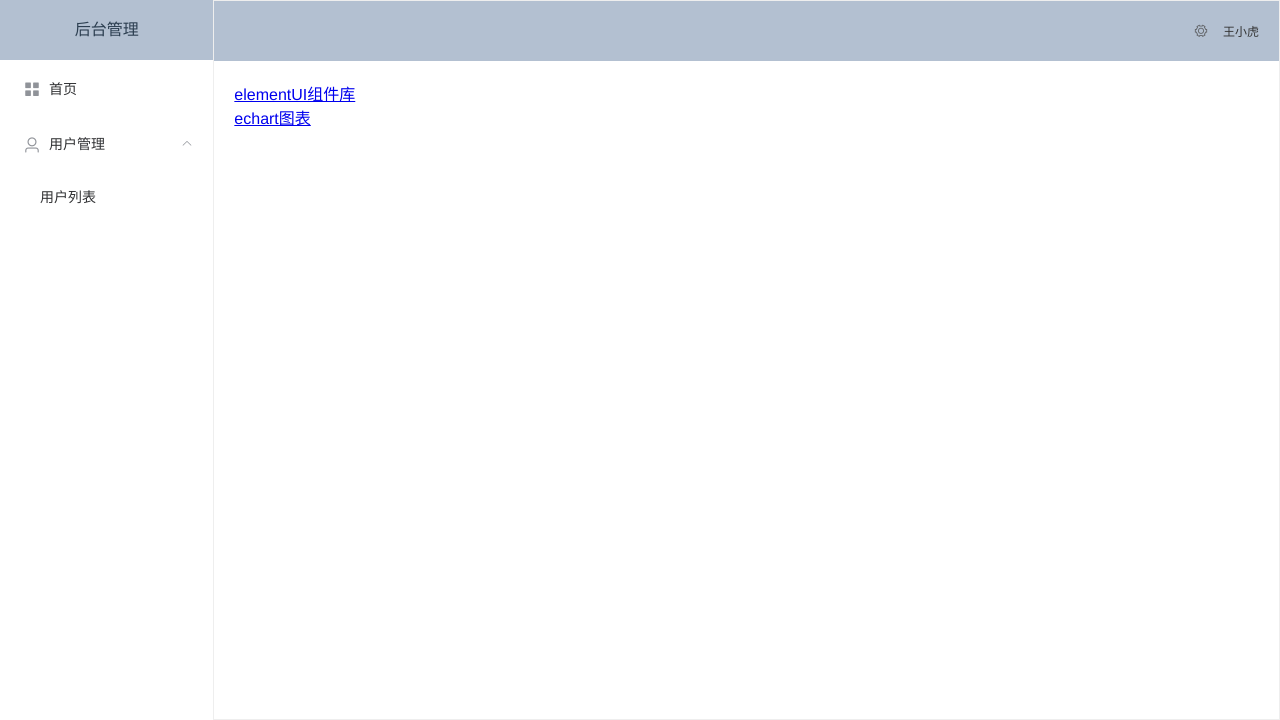
Repository: cmw520520/admin_vue
Page: /
An editor plug-in stored every save of this project. The page is shown before and after the next save, followed by the edit.
The browser window is 1280 px wide. The pictures show the whole page.
The project was rebuilt for these pictures with package versions that can differ from the ones it lists, and the page was loaded fresh each time. Also part of the build but not shown: src/page/user/UserList.vue, example/Echart.vue.

Above is the page before, as saved 2019-07-01 15:07:15.

After the next save:
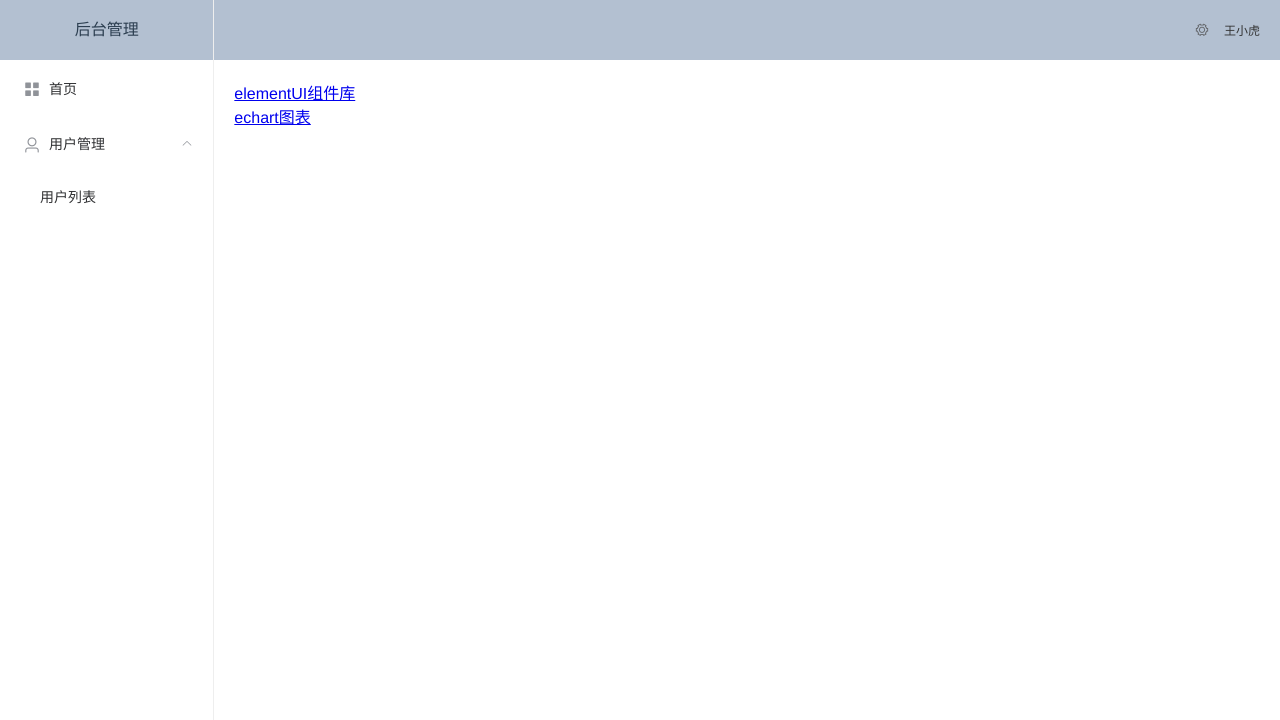
Saved 86 s later.
--- a/src/page/Manage.vue
+++ b/src/page/Manage.vue
@@ -9,7 +9,7 @@
       </el-col>
     </el-col>
 
-    <el-col :span="20" style="border: 1px solid #eee;overflow: auto;overflow-scrolling: touch;">
+    <el-col :span="20" style="border-left: 1px solid #eee;overflow: auto;overflow-scrolling: touch;">
       <el-header style="text-align: right; font-size: 12px">
         <el-dropdown>
           <i class="el-icon-setting" style="margin-right: 15px"></i>
